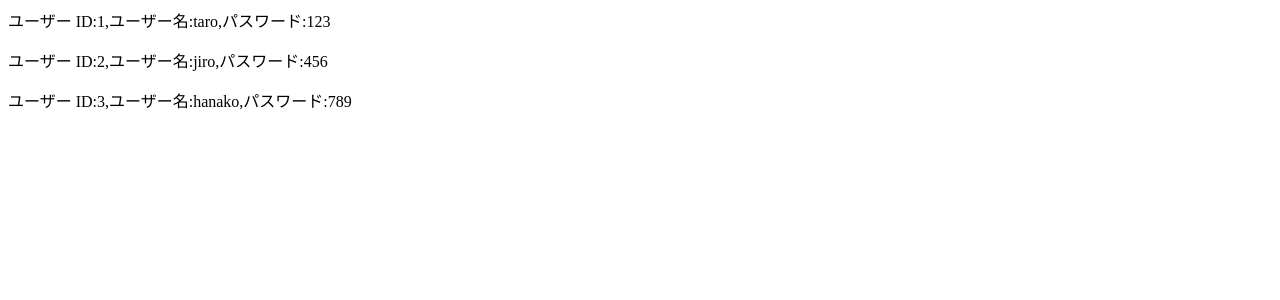
Repository: okinaga/internous
Page: http://localhost/HelloServlet/MySQLServlet
An editor plug-in stored every save of this project. The page is shown before and after the next save, followed by the edit.
The browser window is 1280 px wide. The pictures show the whole page.
The page is served by Tomcat 9. The database holds what the project's SQL file puts in it.

Above is the page before, as saved 2018-09-21 10:48:01.

After the next save:
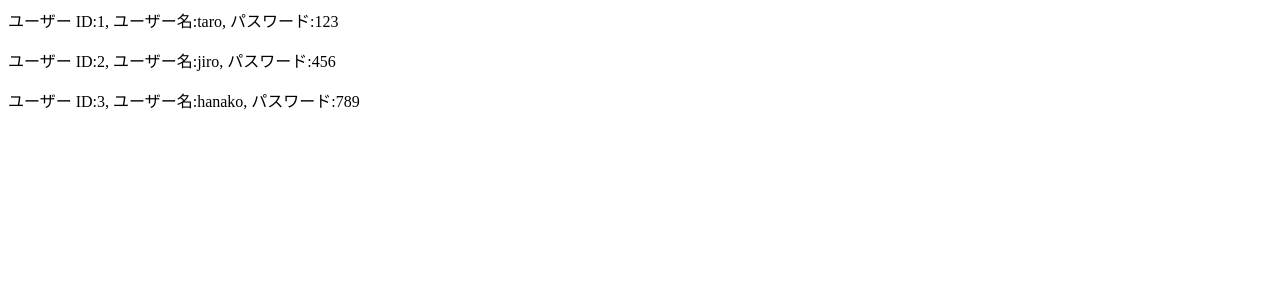
Saved 68 s later.
--- a/HelloServlet/src/MySQLServlet.java
+++ b/HelloServlet/src/MySQLServlet.java
@@ -54,12 +54,13 @@ public class MySQLServlet extends HttpServlet {
 			ResultSet rs = stmt.executeQuery(sql);
 
 			while(rs.next()){
-			int userId=rs.getInt("user_id");
-			String userName=rs.getString("user_name");
-			String userPassword=rs.getString("password");
-			out.println("<p>");
-			out.println("ユーザー ID:"+userId+",ユーザー名:"+userName+",パスワード:"+userPassword);
-			out.println("</p>");
+				int userId = rs.getInt("user_id");
+				String userName = rs.getString("user_name");
+				String userPassword = rs.getString("password");
+				out.println("<p>");
+				out.println("ユーザー ID:" + userId + ", ユーザー名:" + userName + ", パスワード:" + userPassword);
+
+				out.println("</p>");
 		}
 			rs.close();
 			stmt.close();
